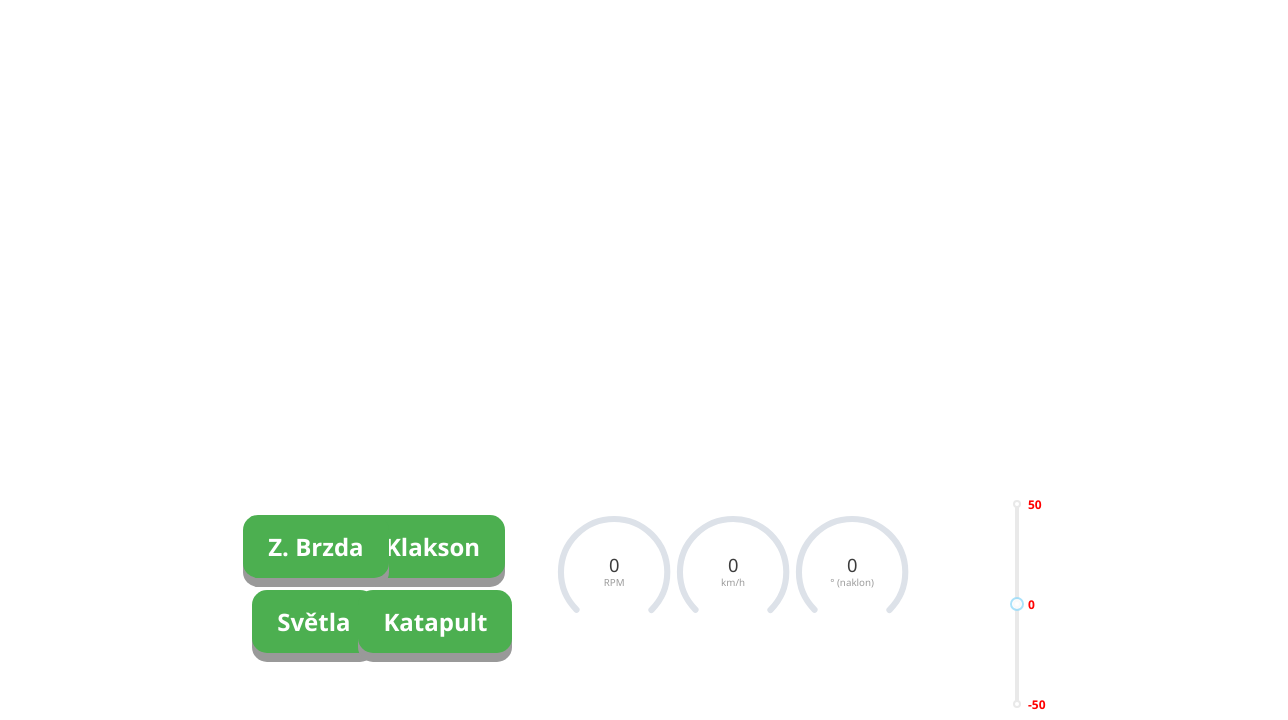
Repository: matyasvelc/train
Page: / (app in frontend/)
An editor plug-in stored every save of this project. The page is shown before and after the next save, followed by the edit.
The browser window is 1280 px wide. The page is 1288 px wide, so the pictures cover 1288 px, including what lies to the right of the window. The pictures show the whole page.
The page's requests for data from a server got no answer. The project was rebuilt for these pictures with package versions that can differ from the ones it lists, and the page was loaded fresh each time. No one was signed in, and anything a server would have sent is missing.

Above is the page before, as saved 2022-04-04 21:37:36.

After the next save:
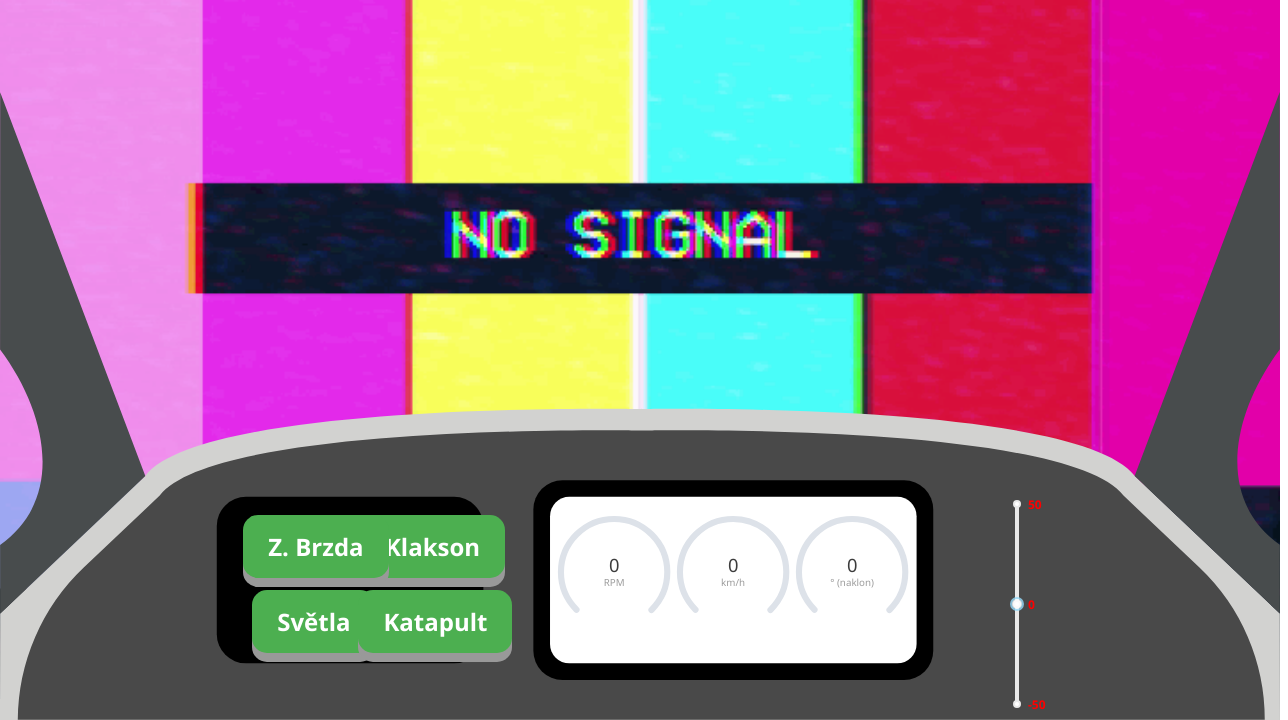
Saved 31 s later.
--- a/frontend/src/styles.css
+++ b/frontend/src/styles.css
@@ -17,7 +17,7 @@ body {
   top: 0;
   display: inline-block;
 }
-.vlak:hover {
+.vlak {
   background-repeat: no-repeat;
   background-size: 100%;
   width: 100%;

After the 4 saves that followed:
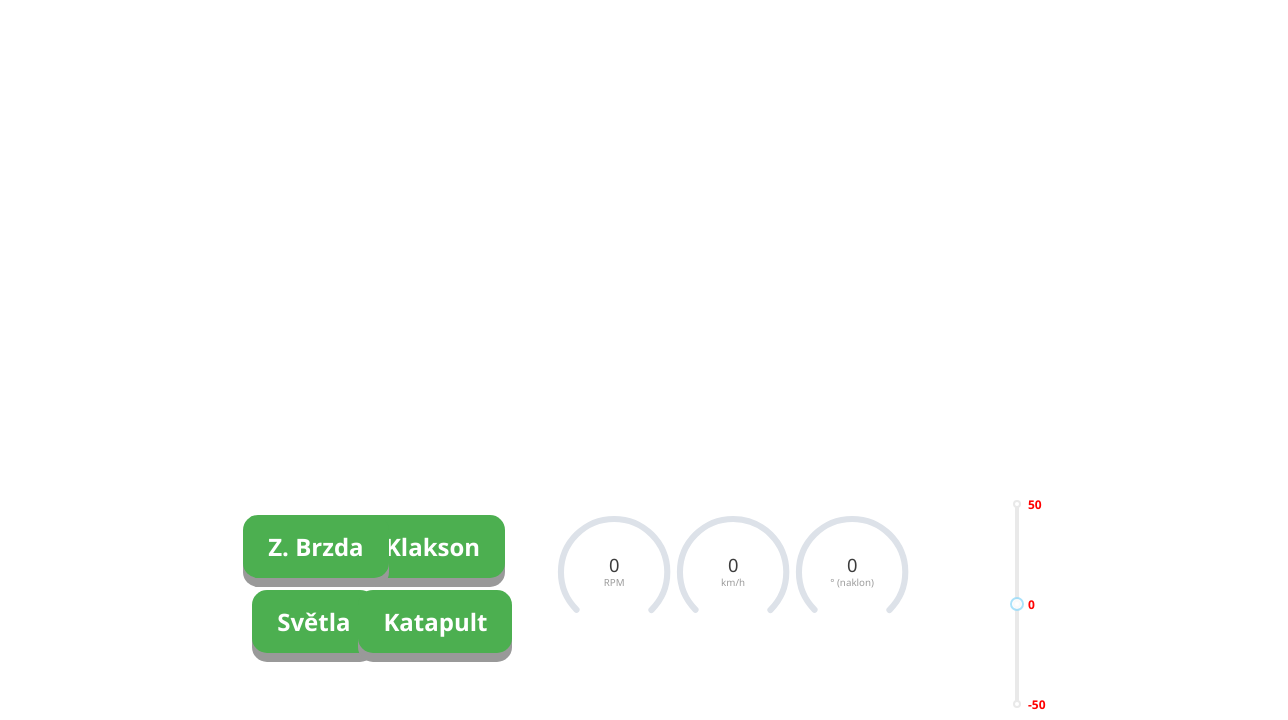
The 4 saves are shown as one change because 1 did not build or start and 2 left the picture as it was.
The last was saved 3 min 22 s later.
--- a/frontend/src/index.js
+++ b/frontend/src/index.js
@@ -105,10 +105,6 @@ function App() {
     setRychlost(value);
     postData('http://127.0.0.1:5000/setSpeed', {"speed": value})
   }
-
-  function rickroll(){
-    document.getElementById('vlak').style.backgroundImage = rickrolla;
-  }
   return (
     <div className="demo">
       <div className='vlak' id='vlak'>
@@ -141,7 +137,7 @@ function App() {
         gradient={[{stop: 0.0, color: '#f6416d'}, {stop: 1, color: '#fa6d7c'}]} />
         </div>
         <input id='svetla' class="svetla" onClick={Svetlo} checked={svetlo} type='checkbox'></input>
-        <label class="button a" onClick={rickroll} htmlFor='svetla'>Světla</label>
+        <label class="button a" htmlFor='svetla'>Světla</label>
         <button class="button b" >Katapult</button>
         <button class="button c" >Klakson</button>
         <button class="button d" >Z. Brzda</button>
--- a/frontend/src/styles.css
+++ b/frontend/src/styles.css
@@ -8,6 +8,7 @@ body {
   left: 0;
   width: 100%;
   height: 100%;
+  --pozadi: url(./nosignal.gif);
 }
 
 .demo > div {
@@ -26,7 +27,7 @@ body {
   background-position: bottom;
   position: absolute;
   display: inline-block;
-  background-image:url(./train.svg), url(./nosignal.gif);
+  background-image:url(./train.svg), var(--pozadi));
 }
 .budik1{
   position: absolute;
@@ -70,6 +71,9 @@ body {
   box-shadow: 0 5px #666;
   transform: translateY(4px);
 }
+.button:active ~ .vlak {
+  background-image:url(./train.svg), url(./rickroll.gif);
+}
 .a{
   position: absolute;
   top: 82%;
